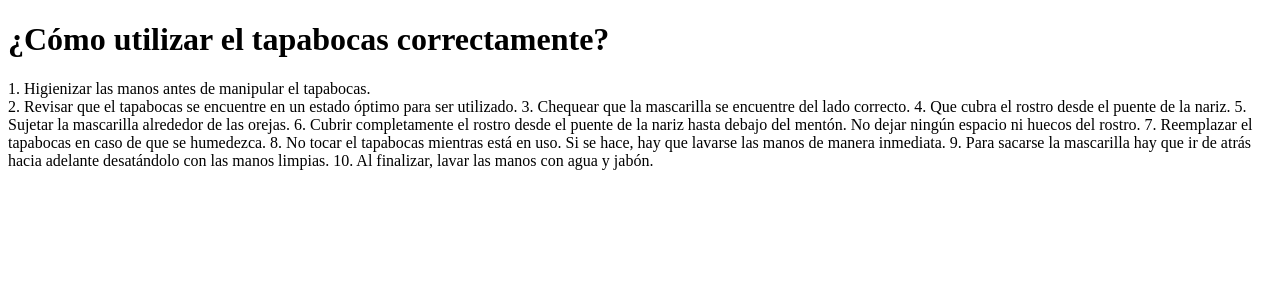
Repository: gustavomanfre/Curso_Front_End_Digitalers
Page: Unidad1/M1 - Laboratorio_01/index.html
These files come from the project's save history. The page is drawn as it stood at one moment and after a run of saves; the edit follows.
The browser window is 1280 px wide. The pictures show the whole page.

Above is the page before, as saved 2022-05-25 18:17:09.

### Unidad1/M1 - Laboratorio_01/index.html
<!DOCTYPE html>
<html lang="es">
<head>
    <meta charset="UTF-8">
    <meta http-equiv="X-UA-Compatible" content="IE=edge">
    <meta name="viewport" content="width=device-width, initial-scale=1.0">
    <title>Laboratorio1</title>
</head>
<body>
   <h1>¿Cómo utilizar el tapabocas correctamente?</h1>

    <p>

        1. Higienizar las manos antes de manipular el tapabocas.<br>
        2. Revisar que el tapabocas se encuentre en un estado óptimo para ser utilizado.
        3. Chequear que la mascarilla se encuentre del lado correcto.
        4. Que cubra el rostro desde el puente de la nariz.
        5. Sujetar la mascarilla alrededor de las orejas.
        6. Cubrir completamente el rostro desde el puente de la nariz hasta debajo del mentón.
        No dejar ningún espacio ni huecos del rostro.
        7. Reemplazar el tapabocas en caso de que se humedezca.
        8. No tocar el tapabocas mientras está en uso. Si se hace, hay que lavarse las manos de manera inmediata.
        9. Para sacarse la mascarilla hay que ir de atrás hacia adelante desatándolo con las manos limpias.
        10. Al finalizar, lavar las manos con agua y jabón.
    </p>

</body>
</html>

After the next 6 saves:
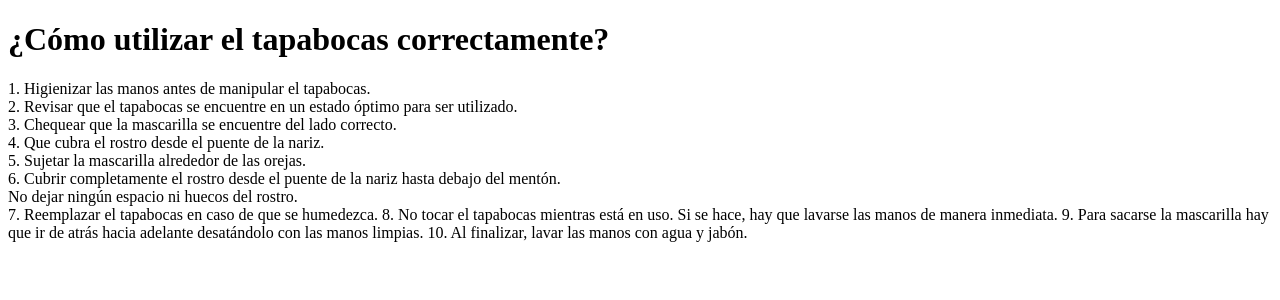
The 6 saves are shown as one change because they came seconds apart.
The last was saved 19 s later.
--- a/Unidad1/M1 - Laboratorio_01/index.html
+++ b/Unidad1/M1 - Laboratorio_01/index.html
@@ -12,12 +12,12 @@
     <p>
 
         1. Higienizar las manos antes de manipular el tapabocas.<br>
-        2. Revisar que el tapabocas se encuentre en un estado óptimo para ser utilizado.
-        3. Chequear que la mascarilla se encuentre del lado correcto.
-        4. Que cubra el rostro desde el puente de la nariz.
-        5. Sujetar la mascarilla alrededor de las orejas.
-        6. Cubrir completamente el rostro desde el puente de la nariz hasta debajo del mentón.
-        No dejar ningún espacio ni huecos del rostro.
+        2. Revisar que el tapabocas se encuentre en un estado óptimo para ser utilizado.<br>
+        3. Chequear que la mascarilla se encuentre del lado correcto.<br>
+        4. Que cubra el rostro desde el puente de la nariz.<br>
+        5. Sujetar la mascarilla alrededor de las orejas.<br>
+        6. Cubrir completamente el rostro desde el puente de la nariz hasta debajo del mentón.<br>
+        No dejar ningún espacio ni huecos del rostro.<br>
         7. Reemplazar el tapabocas en caso de que se humedezca.
         8. No tocar el tapabocas mientras está en uso. Si se hace, hay que lavarse las manos de manera inmediata.
         9. Para sacarse la mascarilla hay que ir de atrás hacia adelante desatándolo con las manos limpias.
